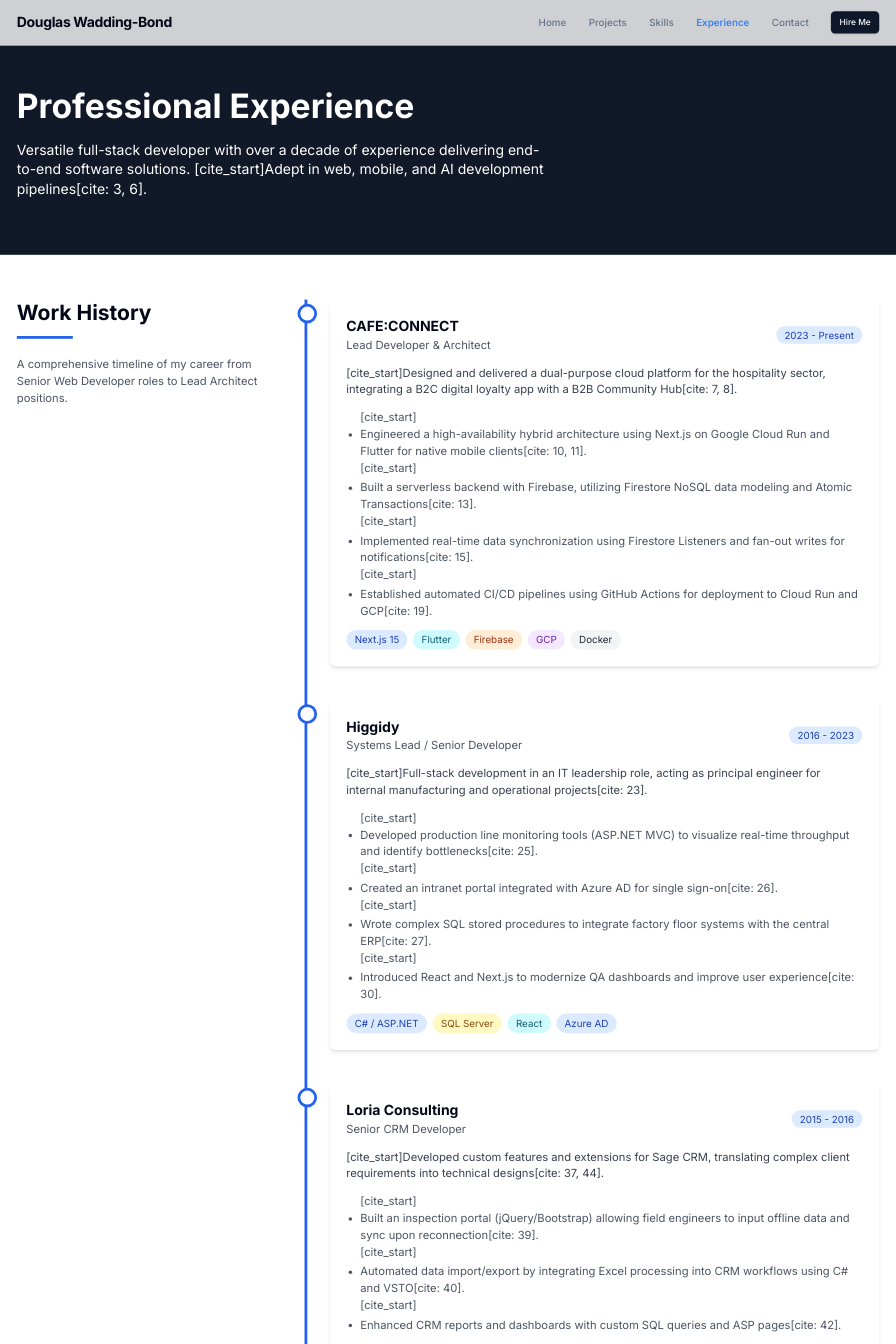
Repository: DaLexisX/WaddingBondWebsite
Page: /experience
The author's editor kept a copy of each file at every save. The page is drawn from the files as they stood at one save, then again after the next save.
The browser window is 1280 px wide. The pictures show the part of the page from y = 0 to 1920 px (the page is 4825 px tall before and 4797 px after), at 70% of full size.
The project was rebuilt for these pictures with package versions that can differ from the ones it lists, and the page was loaded fresh each time. The framework's server and built-in components were replaced by stand-ins that run in the browser. Also part of the build but not shown: next.config.ts.

Above is the page before, as saved 2025-11-30 15:56:14.

After the next save:
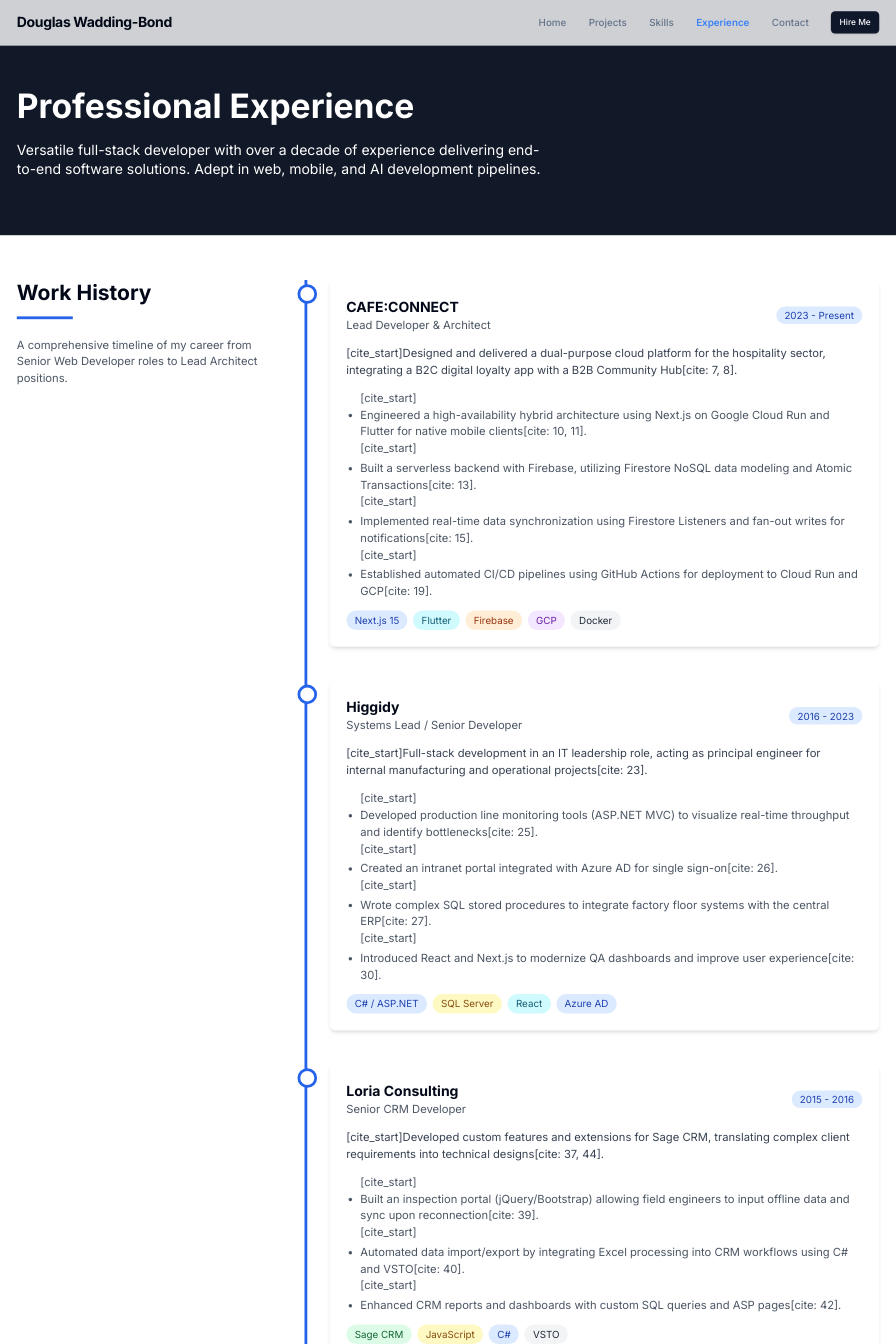
Saved 7 min 55 s later.
--- a/src/app/experience/page.tsx
+++ b/src/app/experience/page.tsx
@@ -9,7 +9,7 @@
           <h1 className="text-4xl md:text-5xl font-bold mb-6">Professional Experience</h1>
           <p className="text-xl max-w-3xl">
             Versatile full-stack developer with over a decade of experience delivering end-to-end software solutions.
-            [cite_start]Adept in web, mobile, and AI development pipelines[cite: 3, 6].
+            Adept in web, mobile, and AI development pipelines.
           </p>
         </div>
       </section>
